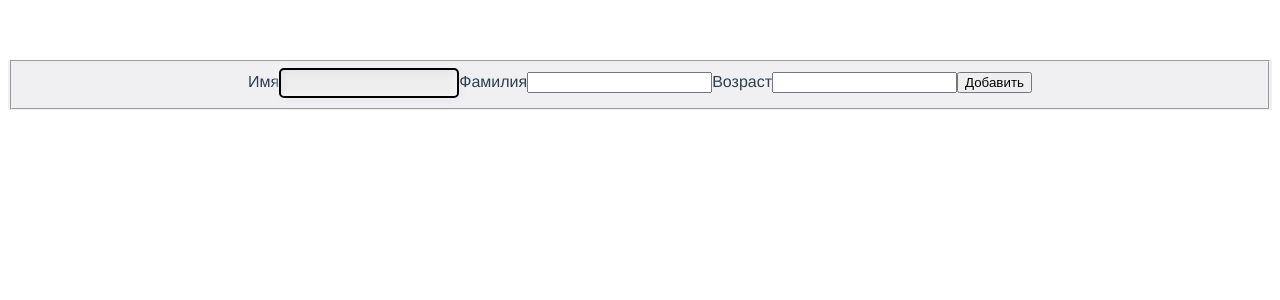
Repository: shum89/test-vue-table
Page: /
An editor plug-in stored every save of this project. The page is shown before and after the next save, followed by the edit.
The browser window is 1280 px wide. The pictures show the whole page.
The first visible `.form__input` has the focus.
The project was rebuilt for these pictures with package versions that can differ from the ones it lists, and the page was loaded fresh each time. Also part of the build but not shown: vue.config.js.

Above is the page before, as saved 2021-07-18 13:40:59.

### src/App.vue
<template>
  <Form @submit="addData" />
  <Table @remove="removeData" :list="list" />
</template>
<script>
import { uuid } from 'vue-uuid';
import { ref } from 'vue';
import Form from './components/Form.vue';
import Table from './components/Table.vue';

export default {
  components: { Form, Table },
  setup() {
    const list = ref([]);

    const normalizeString = (str) => {
      const result = str.charAt(0).toUpperCase() + str.slice(1).toLowerCase();
      return result;
    };

    const addData = (person) => {
      list.value.push({
        firstName: normalizeString(person.firstName),
        lastName: normalizeString(person.lastName),
        age: person.age,
        id: uuid.v1(),
      });
    };

    const removeData = (id) => {
      list.value = list.value.filter((i) => i.id !== id);
    };

    return {
      list,
      addData,
      removeData,
    };
  },
};
</script>
<script></script>

<style>
#app {
  font-family: Avenir, Helvetica, Arial, sans-serif;
  -webkit-font-smoothing: antialiased;
  -moz-osx-font-smoothing: grayscale;
  text-align: center;
  color: #2c3e50;
  margin-top: 60px;
  background: #f0f0f3;
}
.table__row-group {
  display: flex;
  align-items: center;
  flex-direction: column;
}
.table__row {
  display: grid;
  gap: 5px;
  grid-template-columns: repeat(3, 1fr);
  justify-content: center;
  max-width: 500px;
  width: 100%;
}
</style>

### src/components/Form.vue
<template>
  <form @submit.prevent="onSubmit">
    <fieldset>
      <label for="firstName">
        <span>Имя</span>
        <input class="form__input" v-model="person.firstName" type="text" id="firstName" />
      </label>

      <label for="lastName">
        <span>Фамилия</span>
        <input v-model="person.lastName" type="text" id="lastName" />
      </label>
      <label for="age">
        <span>Возраст</span>
        <input v-model="person.age" type="number" id="age" />
      </label>
      <button type="submit">Добавить</button>
    </fieldset>
  </form>
</template>

<script>
import { reactive } from 'vue';

export default {
  setup(_, { emit }) {
    const person = reactive({
      firstName: '',
      lastName: '',
      age: '',
    });
    const onSubmit = () => {
      emit('submit', person);
    };

    return { onSubmit, person };
  },

  name: 'Form',
  inheritAttrs: false,
};
</script>

<style scoped>
.form__input {
  width: 169px;
  height: 24px;
  left: 506px;
  top: 45px;
  background: #f0f0f3;
  box-shadow: -1px -1px 3px #ffffff, 1.5px 1.5px 3px rgba(174, 174, 192, 0.4);
  border-radius: 5px;
  border-color: transparent;
}
.form__input:focus-within {
  background: #eeeeee;
  box-shadow: inset 2px 2px 6px rgba(174, 174, 192, 0.2),
    inset -2px -2px 6px rgba(255, 255, 255, 0.7), 1px 1px 6px rgba(174, 174, 192, 0.2),
    -1px -1px 6px rgba(255, 255, 255, 0.7);
  border-color: #88a1b7;
  border: 2px solid;
  outline: 0;
  padding-left: 5px;
}
</style>

### src/components/Table.vue
<template>
  <div v-if="list.length > 0" class="table" role="grid" aria-colcount="3">
    <div class="table__row-group" role="rowgroup">
      <div class="table__row" role="row">
        <span role="columnheader" aria-colindex="1">First Name</span>
        <span role="columnheader" aria-colindex="2">Last Name</span>
        <span role="columnheader" aria-colindex="3">Age</span>
      </div>
    </div>
    <div class="table__row-group" role="rowgroup">
      <div class="table__row" v-for="listItems in list" :key="listItems.id" role="row">
        <div aria-colindex="1" role="gridcell">
          <span> {{ listItems.firstName }}</span>
        </div>
        <div aria-colindex="2" role="gridcell">
          <span> {{ listItems.lastName }}</span>
        </div>
        <div aria-colindex="3" role="gridcell">
          <span>{{ listItems.age }}</span>
        </div>
        <button @click="removeData(listItems.id)">X</button>
      </div>
    </div>
  </div>
</template>

<script>
export default {
  props: {
    list: Array,
  },
  setup(_, { emit }) {
    const removeData = (id) => {
      emit('remove', id);
    };
    return { removeData };
  },
  name: 'Table',
};
</script>

<style></style>

Loaded but not shown: public/index.html (common file); src/main.js (common file)

After the next save:
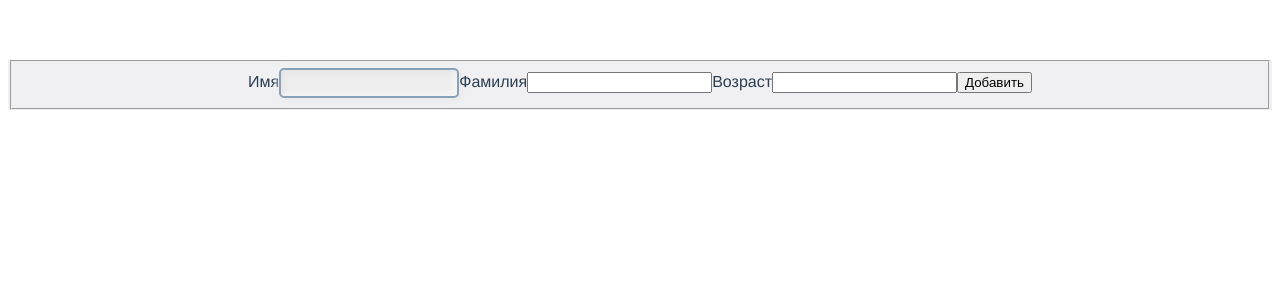
Saved 19 s later.
--- a/src/components/Form.vue
+++ b/src/components/Form.vue
@@ -57,8 +57,7 @@ export default {
   box-shadow: inset 2px 2px 6px rgba(174, 174, 192, 0.2),
     inset -2px -2px 6px rgba(255, 255, 255, 0.7), 1px 1px 6px rgba(174, 174, 192, 0.2),
     -1px -1px 6px rgba(255, 255, 255, 0.7);
-  border-color: #88a1b7;
-  border: 2px solid;
+  border: 2px solid #88a1b7;
   outline: 0;
   padding-left: 5px;
 }
